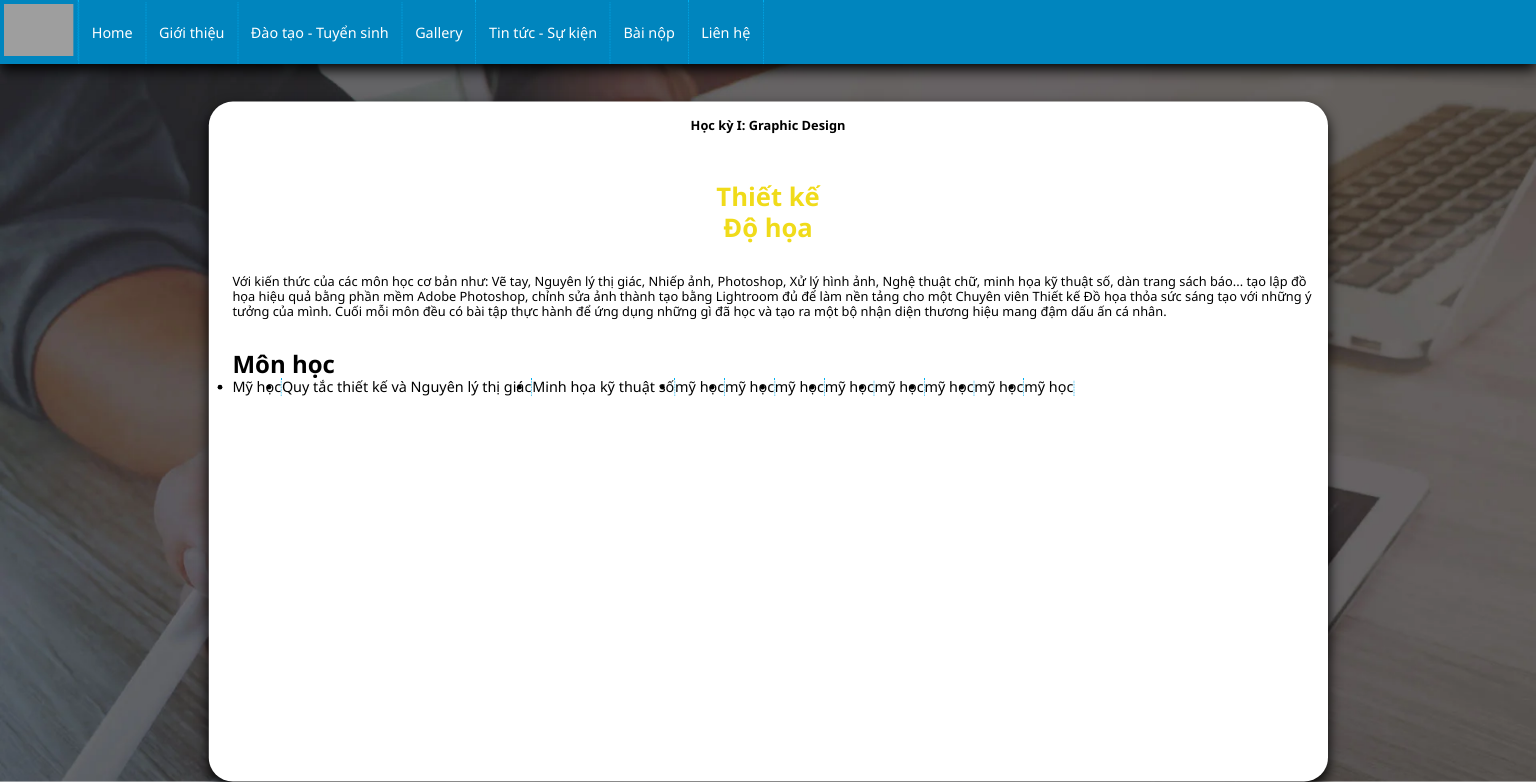
Repository: arena-dttan/dcw-final-exam-d2107m1
Page: final-list/DCW_Final_5_Nguyen-Thi-Thu-Huong_D2107M1/chuong-trinh-dao-tao.html
An editor plug-in stored every save of this project. The page is shown before and after the next save, followed by the edit.
The browser window is 1280 px wide. The page is 1920 px wide, so the pictures cover 1920 px, including what lies to the right of the window. The pictures show the whole page, at 80% of full size.
Pictures or frames that could not be fetched are drawn as grey boxes.

Above is the page before, as saved 2022-06-26 19:42:29.

After the next save:
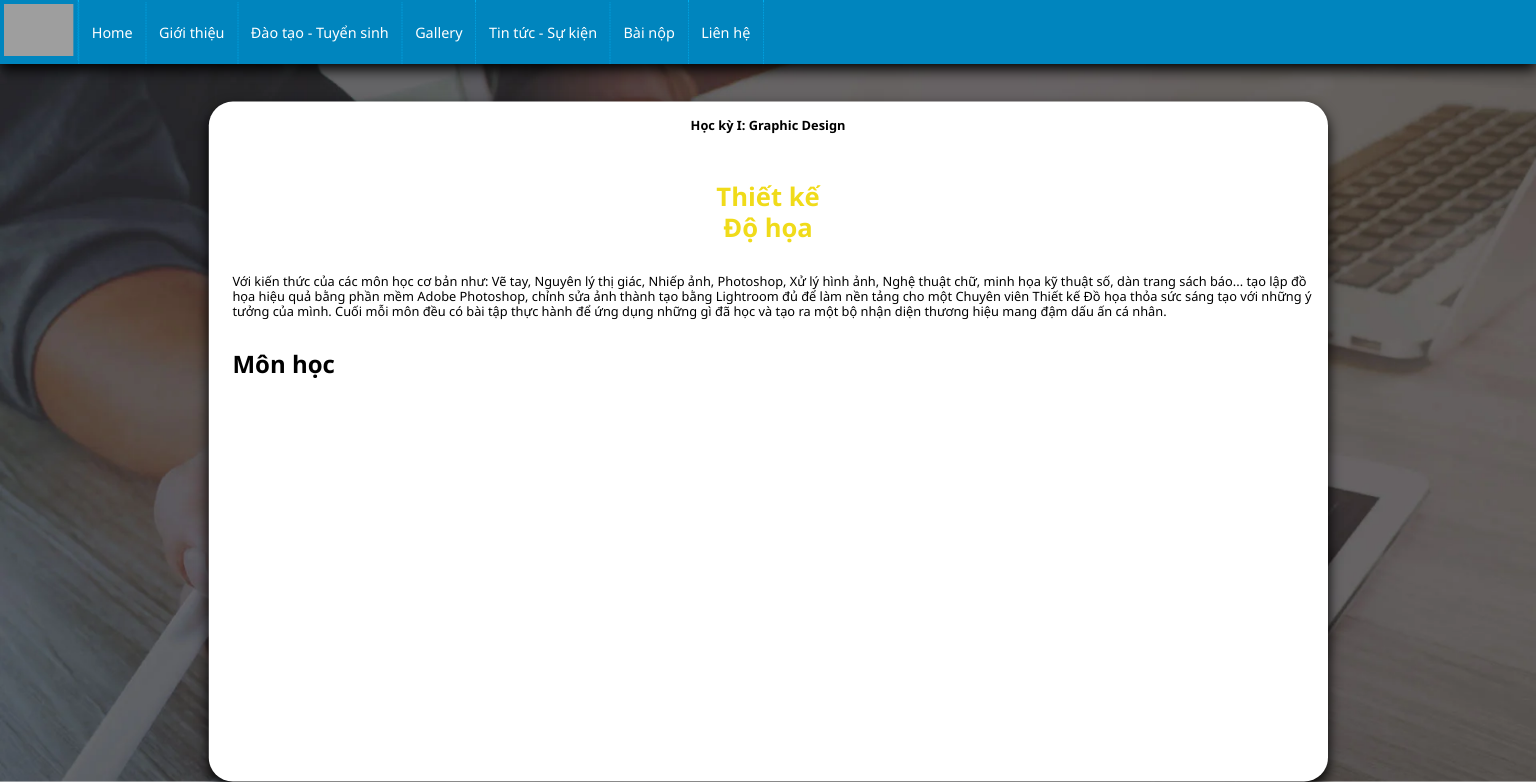
Saved 9 s later.
--- a/final-list/DCW_Final_5_Nguyen-Thi-Thu-Huong_D2107M1/chuong-trinh-dao-tao.html
+++ b/final-list/DCW_Final_5_Nguyen-Thi-Thu-Huong_D2107M1/chuong-trinh-dao-tao.html
@@ -79,19 +79,7 @@
                             <br>
                         </p>
                         <h3><b>Môn học</b></h3>
-                        <ul class="a b">
-                            <li>Mỹ học</li>
-                            <li>Quy tắc thiết kế và Nguyên lý thị giác</li>
-                            <li>Minh họa kỹ thuật số</li>
-                            <li>mỹ học</li>
-                            <li>mỹ học</li>
-                            <li>mỹ học</li>
-                            <li>mỹ học</li>
-                            <li>mỹ học</li>
-                            <li>mỹ học</li>
-                            <li>mỹ học</li>
-                            <li>mỹ học</li>
-                           </ul>
+
                     </div>
                 </div>
             </div>
